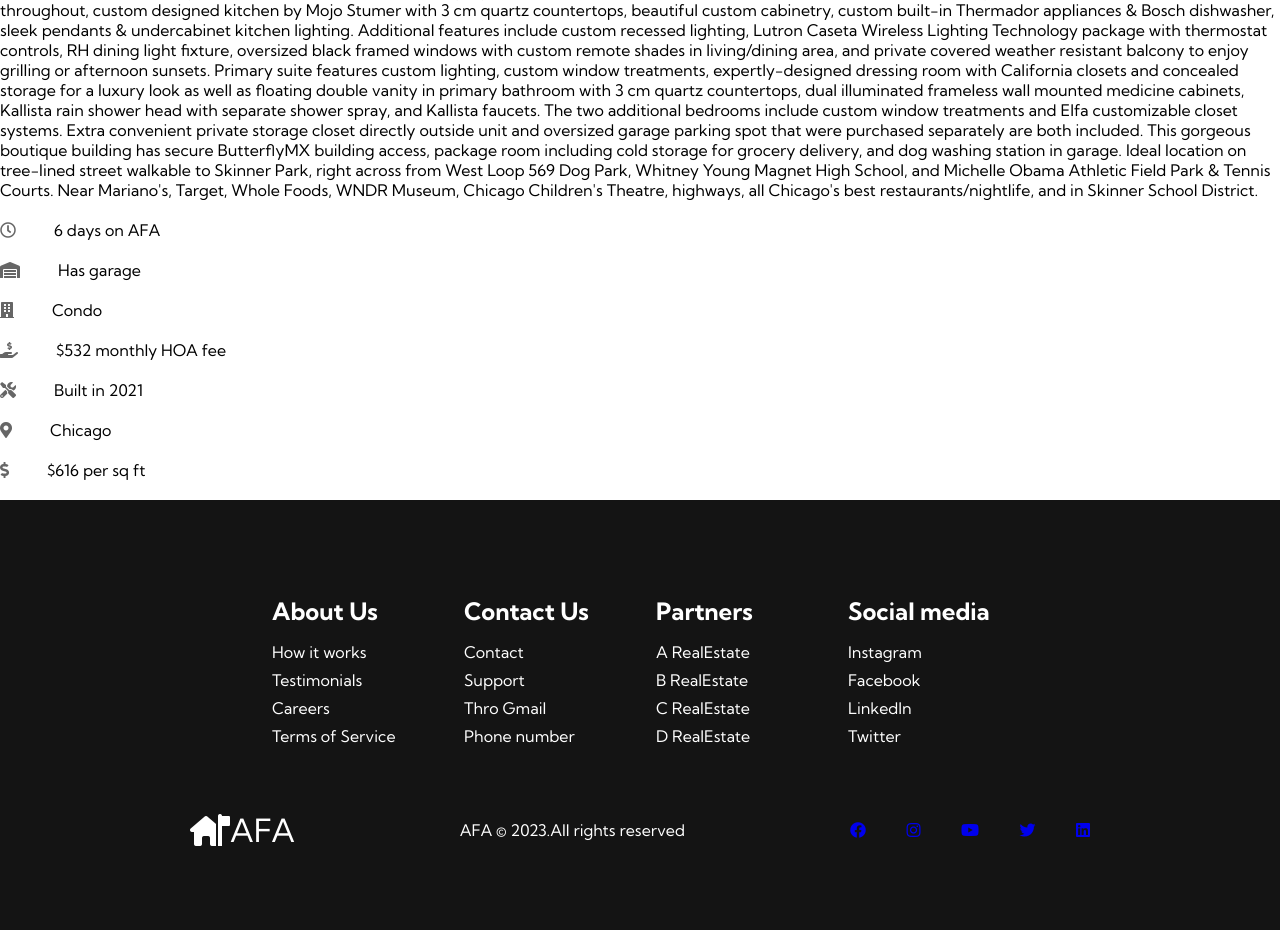
Repository: MrAllin1/ProgWWW_23_Gr1
Page: pages/Apartment1.html
An editor plug-in stored every save of this project. The page is shown before and after the next save, followed by the edit.
The browser window is 1280 px wide. The pictures show the part of the page from y = 709 to 1639 px (the page is 1639 px tall).
A picture or video elsewhere on the page could not be fetched, so the positions and the page height are approximate. Some web libraries are served in a nearby version.

Above is the page before, as saved 2024-01-11 02:17:24.

After the next save:
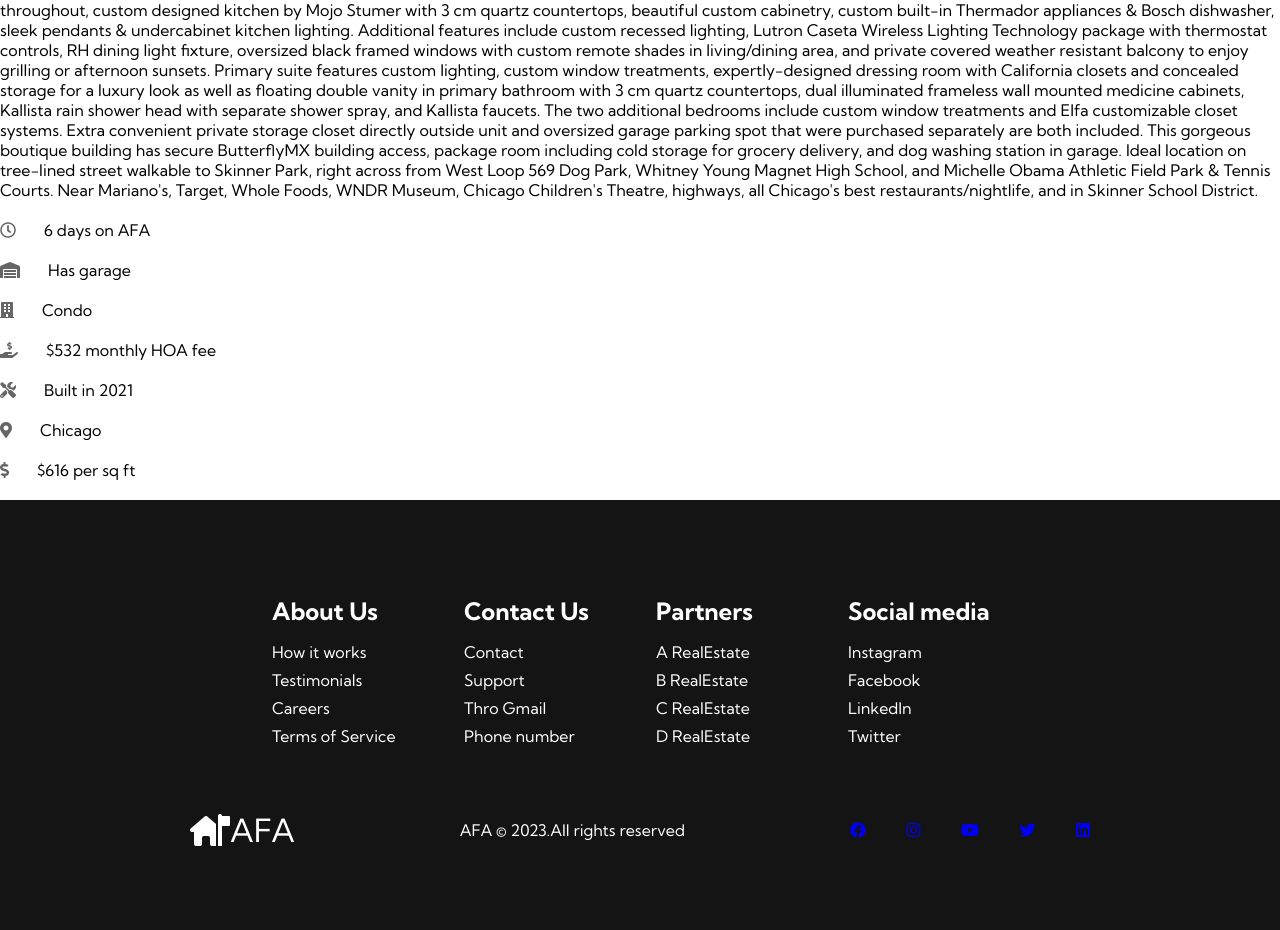
Saved 21 s later.
--- a/pages/stylesForHouse.css
+++ b/pages/stylesForHouse.css
@@ -323,7 +323,11 @@
     margin-bottom: 20px; /* space between items */
     margin-top: 20px;
     column-count:3;
-    column-gap:30px;
+    column-gap:20px;
+    column-rule:5px outset #ff00ff;
+    -webkit-column-count:4;
+    -moz-column-gap:20px;
+    -ms-column-rule:5px outset #ff00ff;
   }
 
   .feature i {
